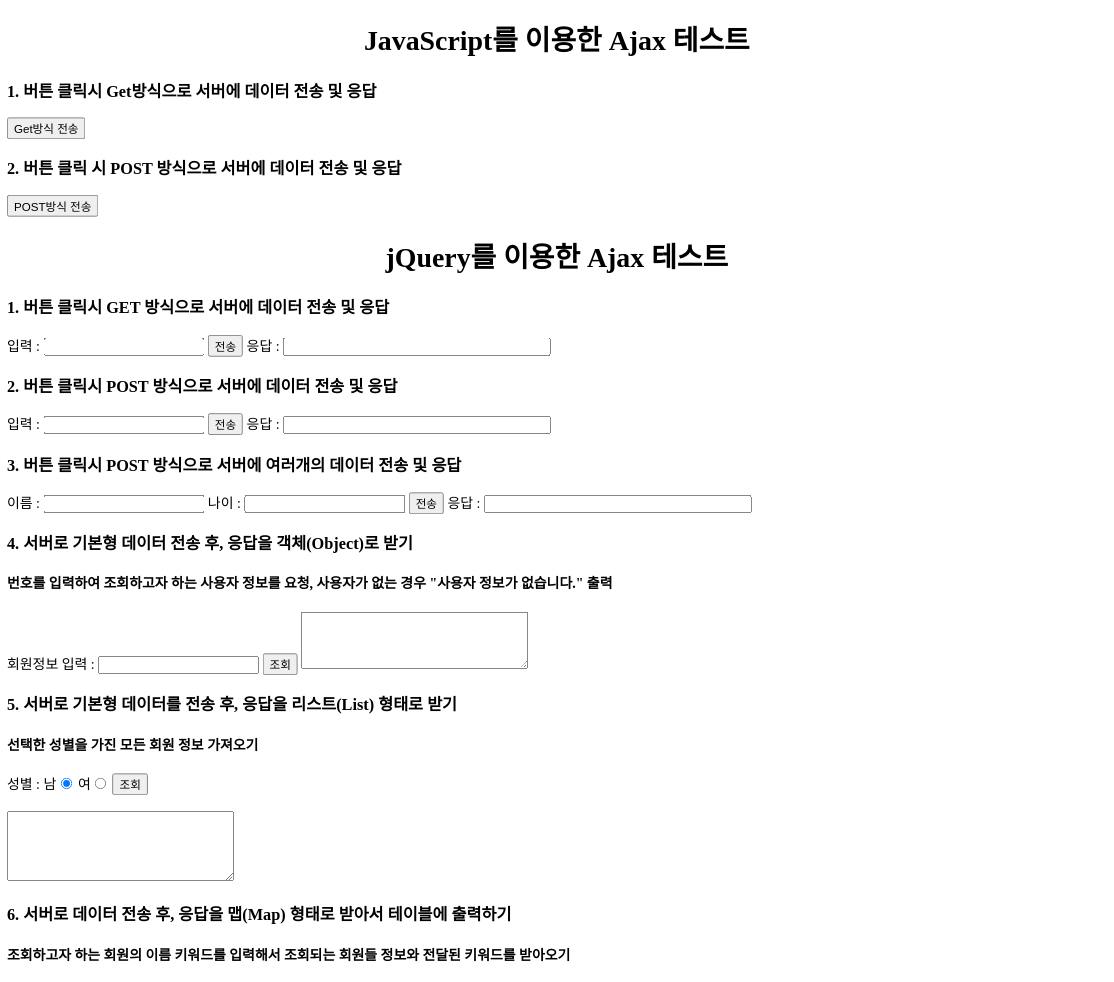
Repository: WOOOOOOOONG/KH_server
Page: http://localhost/ajaxProject/
An editor plug-in stored every save of this project. The page is shown before and after the next save, followed by the edit.
The browser window is 1280 px wide. The pictures show the whole page, at 87% of full size.
The page is served by Tomcat 9. Other server files are loaded and not shown.

Above is the page before, as saved 2019-12-02 11:05:10.

### 실습/ajaxProject/WebContent/index.jsp
<%@ page language="java" contentType="text/html; charset=UTF-8"
    pageEncoding="UTF-8"%>
<!DOCTYPE html>
<html>
<head>
<meta charset="UTF-8">
<title>Insert title here</title>
</head>
<body>
	<%-- ajax 개요 --%>
	<%--
		서버로부터 데이터를 가져와 전체 페이지를 고치지 않고 일부만 로드할 수 있게 하는 기법
		--> 즉, 비동기식 요청을 보내는데 필요한 기술

		* 동기식/비동기식
		- 동기식 : 서버와 클라이언트가 동시에 통신하여 프로세스를 수행 및 종료까지 같이함
				만약 서버에서 호출된 결과까지의 시간이 지연이 생길 경우 웹에서는 아무 작동
				없이 하염없이 기다려야 함. 결과를 받고 나서야 다른 일들을 할 수 있음.
		- 비동기식 : 페이지 리로딩 없이 동기식의 서버 요청 사이사이 추가적인 요청과 처리가 가능함.
				즉, 서버에서 요청한 결과를 받기까지 아무런 동작을 할 수 없는게 아니라 다른걸 하면서
				응답을 바로 받을 수 있음.
			--> 아이디 중복체크, 검색어 자동완성, 댓글, 실시간 검색 로딩

		* 단점
		- 한 페이지 내에서 지속적으로 사용시 리소스가 계속 쌓여 페이지가 느려질 수 있음.
		- 페이지 내 복잡도가 기하급수적으로 증가, 에러 발생 시 디버깅이 어려움

		* AJAX를 구현하는 방식에는 JavaScript와 jQeury 방식이 있는데 그 중 실제로 많이 사용하는
		  방식으로 jQuery 방식(코드가 간결하고 사용하기 쉽다)
	--%>
	<h1 align="center">JavaScript를 이용한 Ajax 테스트</h1>
	<h3>1. 버튼 클릭시 Get방식으로 서버에 데이터 전송 및 응답</h3>
	<button onclick="jsAjax1();">Get방식 전송</button>
	<p id="test1"></p>
	<script>
		function jsAjax1() {
			// 1. XMLHttpRequest 객체 생성
			xhr = new XMLHttpRequest();

			// 자바스크립트는 원래 브라우저 버젼벌 호환성 검사가 필요하지만 생략~

			// 2. onreadystatechange : Ajax 통신에 대한 응답 상태의 변경이 있을 경우
			// 실행할 함수(Ajax 통신이 성공한 경우에 대한 동작)
			xhr.onreadystatechange = function() {
				// 1) readyState : 서버 응답 상태 확인(Ajax 통신 진행상황 확인)
				/*
					0 : request not initialized
					1 : server connection established
					2 : request received
					3 : processing request
					4 : request finished and response is ready
				*/
				if(xhr.readyState == 4) {
					// 요청이 끝났고 그에 해당하는 응답이 왔을 경우

					// 2) status : HTTP 응답 상태 코드(응답이 정상적으로 이루어졌는지 확인)
					/*
						200 : "OK"
						403 : "Forbidden"
						404 : "Not Found"
					*/
					if(xhr.status == 200) {
						console.log('jsAjax1() - ajax 통신 성공!');

						// xhr.responseText : 응답 데이터 문자열을 담고 있다.
						var str = xhr.responseText;
						document.getElementById("test1").innerHTML = str;
					}else if(xhr.status == 404) {
						console.log('jsAjax1() - ajax 통신 실패!');
					}
				}
			}
			// 3. open() : 서버와 데이터 교환시 필요한 정보 입력(요청 방식, 대상(서버), 동기/비동기)
			xhr.open("GET", "<%= request.getContextPath() %>/jsAjax1.do?name=홍길동&age=20", true);

			// 4. send() : 서버로 데이터 교환 요청
			xhr.send();
		}
	</script>

	<h3>2. 버튼 클릭 시 POST 방식으로 서버에 데이터 전송 및 응답</h3>
	<button onclick="jsAjax2();">POST방식 전송</button>
	<p id="test2"></p>
	<script>
		function jsAjax2() {
			// 1 XMLHttpRequest 객체 생성
			xhr = new XMLHttpRequest();

			// 2. onreadystatechange
			xhr.onreadystatechange = function() {
				if(xhr.readyState == 4 && xhr.status == 200) {
					console.log("jsAjax2() - ajax 통신 성공!");

					var str = xhr.responseText;

					document.getElementById("test2").innerHTML = str;
				}
			}

			// 3. open() : 서버와 데이터 교환 시 필요한 정보 입력
			xhr.open("POST", "<%= request.getContextPath() %>/jsAjax2.do");

			// **** POST 방식 데이터 전송시 send() 호출 전 mime type을 설정해주어야 함 ****
			// POST 전송 시 header에 추가로 설정하지 않으면 전송한 파라미터를 인식하지 못함
			// key=value&key=value&...
			xhr.setRequestHeader("Content-type", "application/x-www-form-urlencoded;");
			// HTTP요청 헤더의 값을 설정. setRequestHeader(header(설정된값을 가진 헤더이름), value(헤더의 본문에 설정될 값))

			// 4. send()
			xhr.send("name=김말똥&age=30"); // send 시 데이터 전송
		}
	</script>

	<script src="https://ajax.googleapis.com/ajax/libs/jquery/3.4.1/jquery.min.js"></script>

	<h1 align="center">jQuery를 이용한 Ajax 테스트</h1>
	<h3>1. 버튼 클릭시 GET 방식으로 서버에 데이터 전송 및 응답</h3>
		입력 : <input type="text" id="input1">
	<button id="btn1">전송</button>
		응답 : <input type="text" id="output1" style="width:300px" readonly>
	<script>
		$(function() {
			// 1. 버튼 클릭시 GET 방식으로 서버에 입력값 전송 및 응답
			$("#btn1").click(function() {
				var input = $("#input1").val();

				$.ajax({
					// url : 데이터를 전송할 url(필수!!)
					url : "jqAjax1.do",

					// data : 요청 시 전달할 파라미터 설정
					data : {input:input},
					// key:value

					// type : 전송방식(GET/POST)
					type : "get",

					// success : Ajax 통신 성공 시 처리할 함수를 지정하는 속성
					success : function(result) {
						// result 매개변수 : 서버에서 응답이 왔을 때 그 값이 저장되는 변수
						// 매개변수명 임의지정 가능
						console.log('Ajax 통신 성공!');
						$("#output1").val(result);
					},

					// error : Ajax 통신 실패 시 처리할 함수를 지정하는 속성
					error : function() {
						console.log('Ajax 통신 실패...');
					},

					// complete : 통신 성공/실패 여부 상관없ㅇ ㅣ실행
					complete : function() {
						console.log('무조건 호출~!');
					}
				});
			});
		});
	</script>

	<h3>2. 버튼 클릭시 POST 방식으로 서버에 데이터 전송 및 응답</h3>
	입력 : <input type="text" id="input2">
	<button id="btn2">전송</button>
	응답 : <input type="text" id="output2" style="width:300px" readonly>

	<script>
		$(function() {
			$("#btn2").click(function() {
				var input = $("#input2").val();

				$.ajax({
					url: "jqAjax2.do",
					data: {input: input},
					type:"post",
					success: function(result) {
						console.log("Ajax 통신 성공!");
						$("#output2").val(result);
					},
					error: function(e) {
						console.log(e);
					},
					complete: function() {
						console.log("무조건 호출");
					}
				});
			});
		});
	</script>

	<h3>3. 버튼 클릭시 POST 방식으로 서버에 여러개의 데이터 전송 및 응답</h3>
	이름 : <input type="text" id="input3_1">
	나이 : <input type="text" id="input3_2">
	<button id="btn3">전송</button>
	응답 : <input type="text" id="output3" style="width:300px" readonly>

	<script>
		$(function() {
			$("#btn3").click(function() {
				var input3_1 = $("#input3_1").val();
				var input3_2 = $("#input3_2").val();

				$.ajax({
					url : "jqAjax3.do",
					data : {name : input3_1,
							age : input3_2},
					type : "post",
					success : function(result) {
						$("#output3").val(result);
					},
					error : function() {
						$("#output3").val("ajax 통신 실패");
					}
				});
			});
		});
	</script>

	<h3>4. 서버로 기본형 데이터 전송 후, 응답을 객체(Object)로 받기</h3>
	<h4>번호를 입력하여 조회하고자 하는 사용자 정보를 요청, 사용자가 없는 경우 "사용자 정보가 없습니다." 출력</h4>

	회원정보 입력 : <input type="text" id="input4">
	<button id="btn4">조회</button>
	<textarea id="textarea4" rows="4" cols="30"></textarea>

	<script>
		$(function() {
			// JSONObject를 서버로부터 전달받아
			// dataType : "json"을 이용하여 처리
			$("#btn4").click(function() {
				var input = $("#input4").val();

				$.ajax({
					url : "jqAjax4.do",
					data : {input:input},
					type : "get",
					dataType : "json", // 응답 데이터의 형식을 text가 아닌 json으로 지정
					success : function(obj) {
						console.log(obj);

						var result = "";

						if(obj != null) {
							result = "번호 : " + obj.no + "\n" + "이름 : " + obj.name + "\n"
									+ "나이 : " + obj.age + "\n" + "성별 : " + obj.gender;
						}else {
							result = "사용자 정보가 없습니다.";
						}

						$("#textarea4").val(result);
					},
					error : function() {
						$("#textarea4").val("ajax 통신 실패");
					}
				});
			});
		});
	</script>

	<h3>5. 서버로 기본형 데이터를 전송 후, 응답을 리스트(List) 형태로 받기</h3>
	<h4>선택한 성별을 가진 모든 회원 정보 가져오기</h4>
	성별 :
	남<input type="radio" name="chk_gender5" value="남" checked>
	여<input type="radio" name="chk_gender5" value="여">
	<button id="btn5">조회</button><br><br>
	<textarea id="textarea5" rows="5" cols="30"></textarea>
	<script>
		$(function() {
			$("#btn5").click(function() {
				var gen = $("input[name='chk_gender5']:checked").val();
				$.ajax ({
					url: "jqAjax5.do",
					data: {gender: gen},
					type: "get",
					dataType: "json",
					success: function(list) {
						console.log(list);

						// $.each(배열명, function(index){});
						// --> 배열명[index] 각 요소에 접근 가능
						var result = "";

						$.each(list, function(i) {
							result += list[i].no + " / "
									+ list[i].name + " / "
									+ list[i].age + " / "
									+ list[i].gender + "\n";
						});

						$("#textarea5").val(result);
					},
					error:function() {
					console.log("ajax 통신 실패");
					}
				});
			});
		});
	</script>

	<br>

	<h3>6. 서버로 데이터 전송 후, 응답을 맵(Map) 형태로 받아서 테이블에 출력하기</h3>
	<h4>조회하고자 하는 회원의 이름 키워드를 입력해서 조회되는 회원들 정보와 전달된 키워드를 받아오기</h4>
</body>
</html>

After the next save:
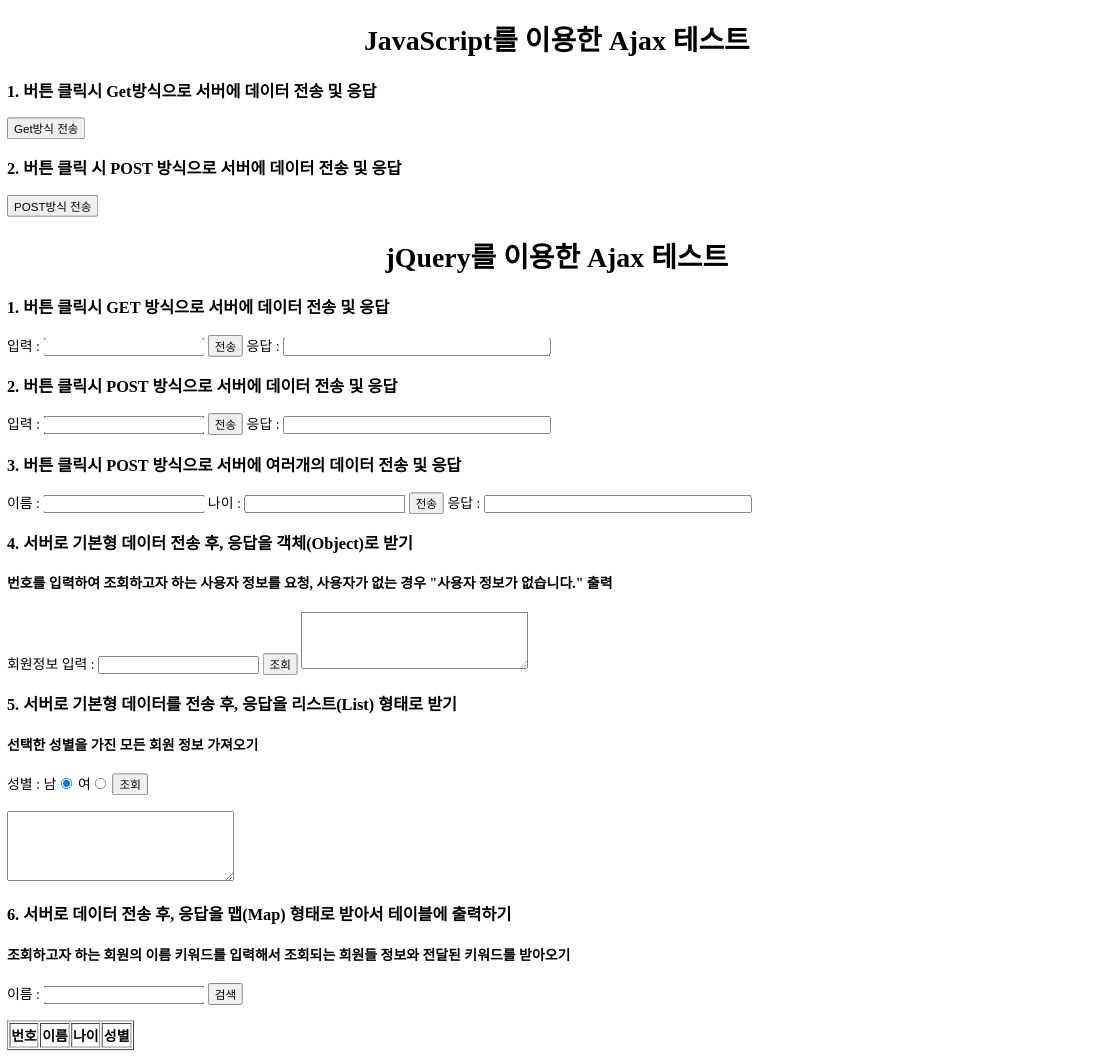
Saved 108 s later.
--- a/실습/ajaxProject/WebContent/index.jsp
+++ b/실습/ajaxProject/WebContent/index.jsp
@@ -299,5 +299,17 @@
 
 	<h3>6. 서버로 데이터 전송 후, 응답을 맵(Map) 형태로 받아서 테이블에 출력하기</h3>
 	<h4>조회하고자 하는 회원의 이름 키워드를 입력해서 조회되는 회원들 정보와 전달된 키워드를 받아오기</h4>
+	이름 : <input type="text" id="input6" width="300">
+	<button id="btn6">검색</button><br><br>
+	<table id="memberTable6" border="1" style="text-align:center">
+		<thead>
+			<tr>
+				<th>번호</th>
+				<th>이름</th>
+				<th>나이</th>
+				<th>성별</th>
+			</tr>
+		</thead>
+	</table>
 </body>
 </html>
